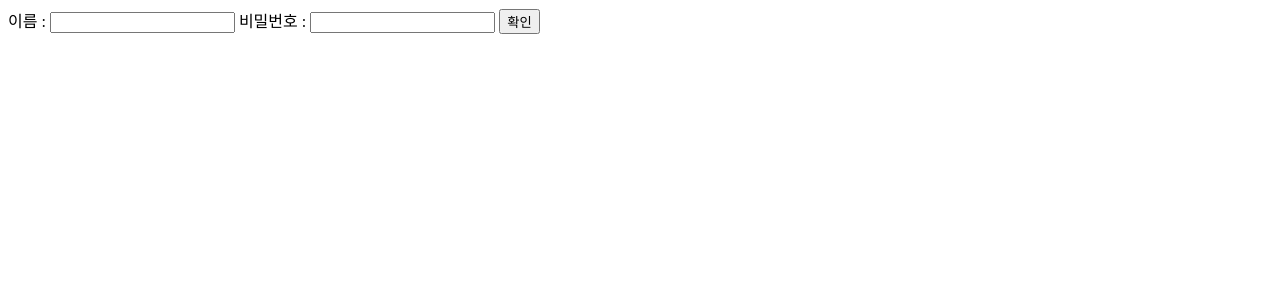
Repository: ment0715/20201113
Page: http://localhost/chap02/form.jsp
These files come from the project's save history. The page is drawn as it stood at one moment and after the next save; the edit follows.
The browser window is 1280 px wide. The pictures show the whole page.
The page is served by Tomcat 9.

Above is the page before, as saved 2020-11-09 07:45:41.

After the next save:
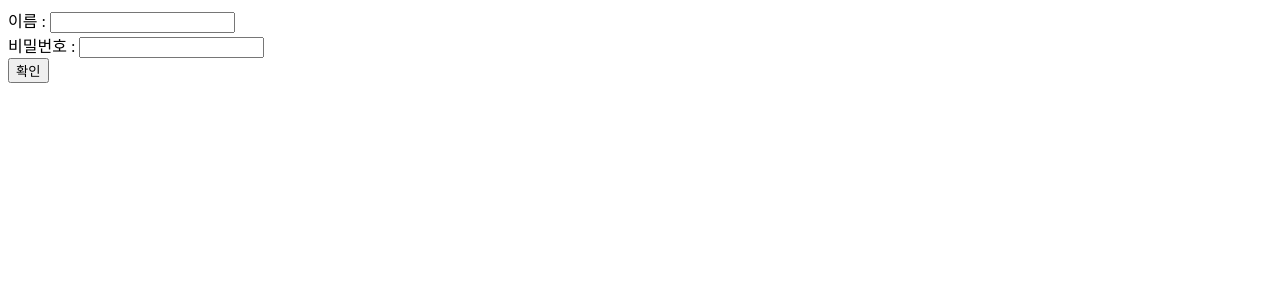
Saved 45 s later.
--- a/chap02/WebContent/form.jsp
+++ b/chap02/WebContent/form.jsp
@@ -8,8 +8,8 @@
 </head>
 <body>
 <form action="formProc.jsp" method="get">
-	이름 : <input type = "text" name = "name" />
-	비밀번호 : <input type = "text" name = "password" />
+	이름 : <input type = "text" name = "name" /><br>
+	비밀번호 : <input type = "text" name = "password" /><br>
 	<input type = "submit" value="확인"/>
 
 </form>
